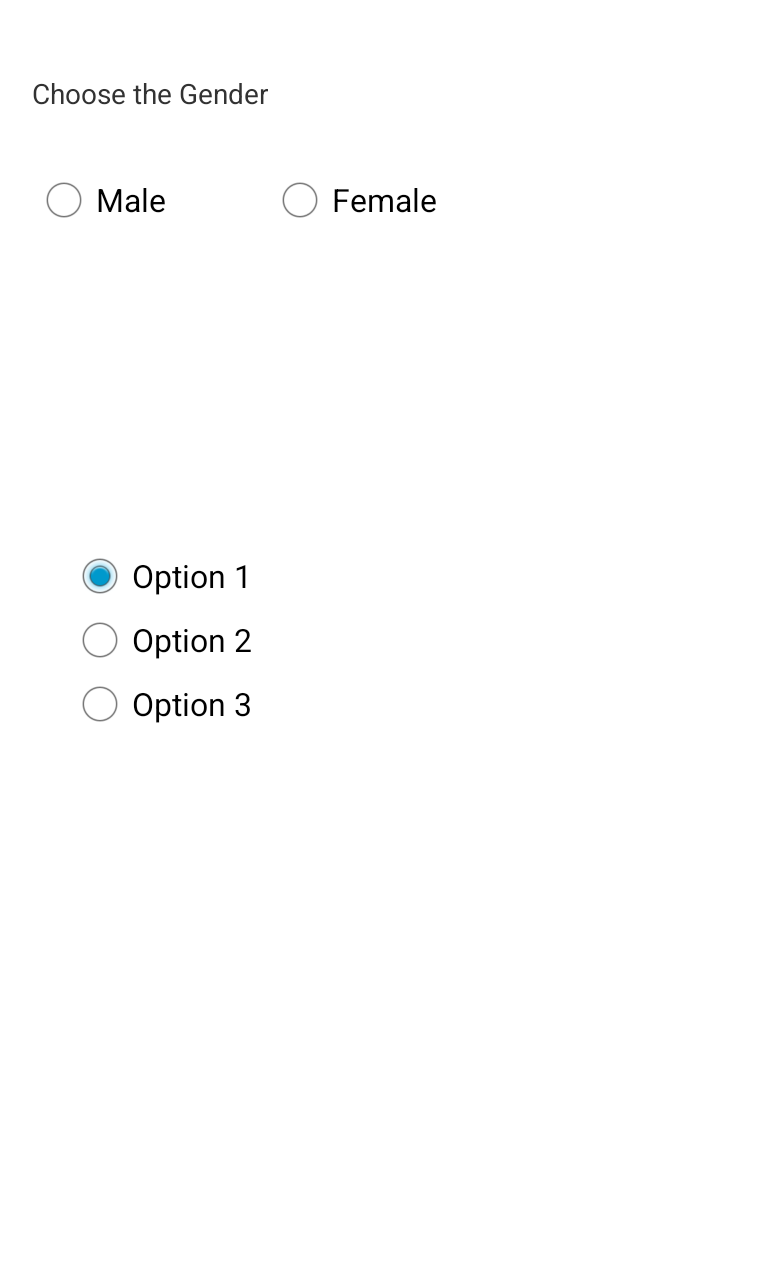
Repository: MadhuHS/JECM3
Layout: RadioButtonsDemo/res/layout/activity_main.xml
These files come from the project's save history. The layout is drawn as it stood at one moment and after the next save; the edit follows.
It is drawn on a 768 x 1280 px phone screen (xhdpi) without system bars, with theme AppTheme; the app's code is not run.

Above is the layout before, as saved 2015-11-13 04:01:18.

### RadioButtonsDemo/res/layout/activity_main.xml
<RelativeLayout xmlns:android="http://schemas.android.com/apk/res/android"
    xmlns:tools="http://schemas.android.com/tools"
    android:layout_width="match_parent"
    android:layout_height="match_parent"
    android:paddingBottom="@dimen/activity_vertical_margin"
    android:paddingLeft="@dimen/activity_horizontal_margin"
    android:paddingRight="@dimen/activity_horizontal_margin"
    android:paddingTop="@dimen/activity_vertical_margin"
    tools:context=".MainActivity" >

    <TextView
        android:id="@+id/textViewdisplaychoice"
        android:layout_width="wrap_content"
        android:layout_height="wrap_content"
        android:layout_alignLeft="@+id/radioButtonchoice1"
        android:layout_alignParentTop="true"
        android:layout_marginTop="21dp"
        android:text="Choose the Gender" />

    <RadioButton
        android:id="@+id/radioButtonchoice1"
        android:layout_width="wrap_content"
        android:layout_height="wrap_content"
        android:layout_alignParentLeft="true"
        android:layout_below="@+id/textViewdisplaychoice"
        android:layout_marginTop="28dp"
        android:text="Male" />

    <RadioButton
        android:id="@+id/radioButtonchoice2"
        android:layout_width="wrap_content"
        android:layout_height="wrap_content"
        android:layout_alignBaseline="@+id/radioButtonchoice1"
        android:layout_alignBottom="@+id/radioButtonchoice1"
        android:layout_toRightOf="@+id/textViewdisplaychoice"
        android:text="Female" />

    <RadioGroup
        android:id="@+id/radioGroup1"
        android:layout_width="wrap_content"
        android:layout_height="wrap_content"
        android:layout_alignLeft="@+id/radioButtonchoice1"
        android:layout_centerVertical="true"
        android:layout_marginLeft="18dp" >

        <RadioButton
            android:id="@+id/radiooption1"
            android:layout_width="wrap_content"
            android:layout_height="wrap_content"
            android:checked="true"
            android:text="Option 1" />

        <RadioButton
            android:id="@+id/radiooption2"
            android:layout_width="wrap_content"
            android:layout_height="wrap_content"
            android:text="Option 2" />

        <RadioButton
            android:id="@+id/radiooption3"
            android:layout_width="wrap_content"
            android:layout_height="wrap_content"
            android:text="Option 3" />
    </RadioGroup>

</RelativeLayout>

Loaded but not shown: RadioButtonsDemo/res/values/styles.xml (common file); RadioButtonsDemo/res/values-v11/styles.xml (common file); RadioButtonsDemo/res/values-v14/styles.xml (common file); RadioButtonsDemo/res/values/dimens.xml (common file)

After the next save:
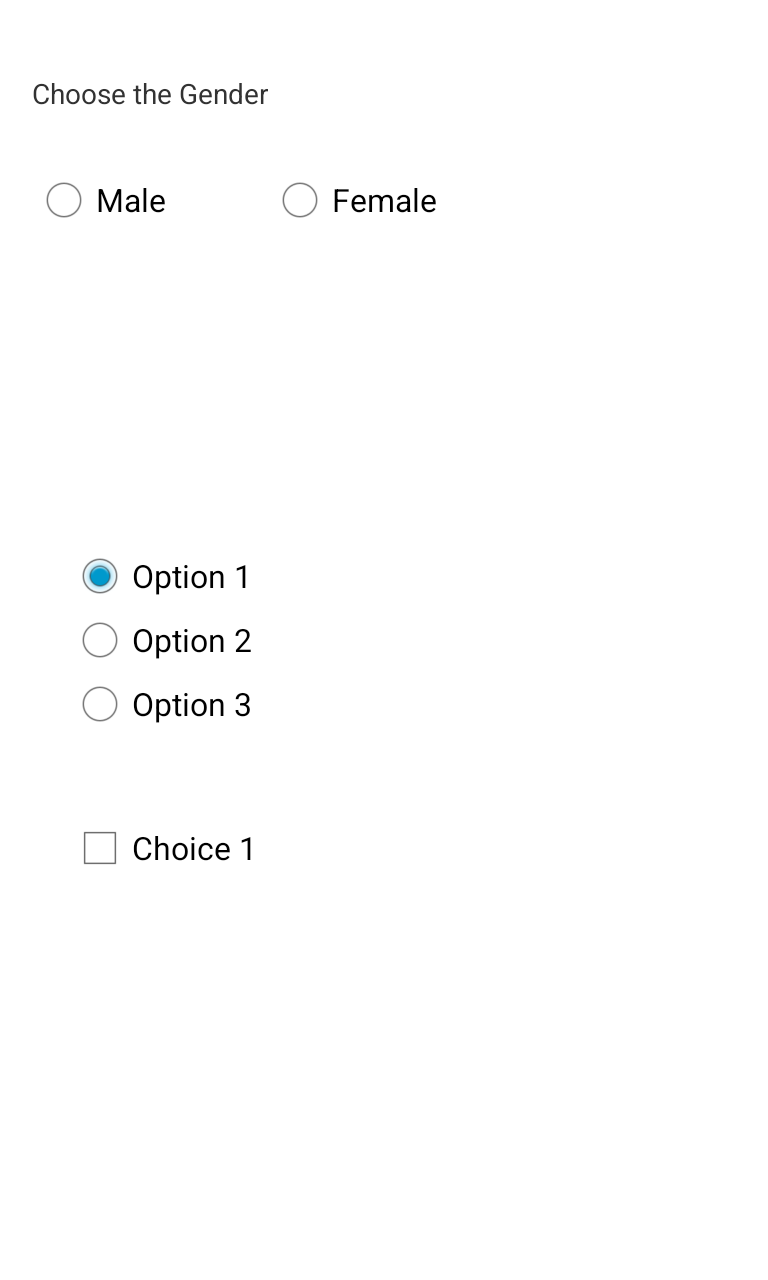
Saved 2 min 49 s later.
--- a/RadioButtonsDemo/res/layout/activity_main.xml
+++ b/RadioButtonsDemo/res/layout/activity_main.xml
@@ -63,4 +63,13 @@
             android:text="Option 3" />
     </RadioGroup>
 
+    <CheckBox
+        android:id="@+id/checkBoxselection1"
+        android:layout_width="wrap_content"
+        android:layout_height="wrap_content"
+        android:layout_alignLeft="@+id/radioGroup1"
+        android:layout_below="@+id/radioGroup1"
+        android:layout_marginTop="40dp"
+        android:text="Choice 1" />
+
 </RelativeLayout>
